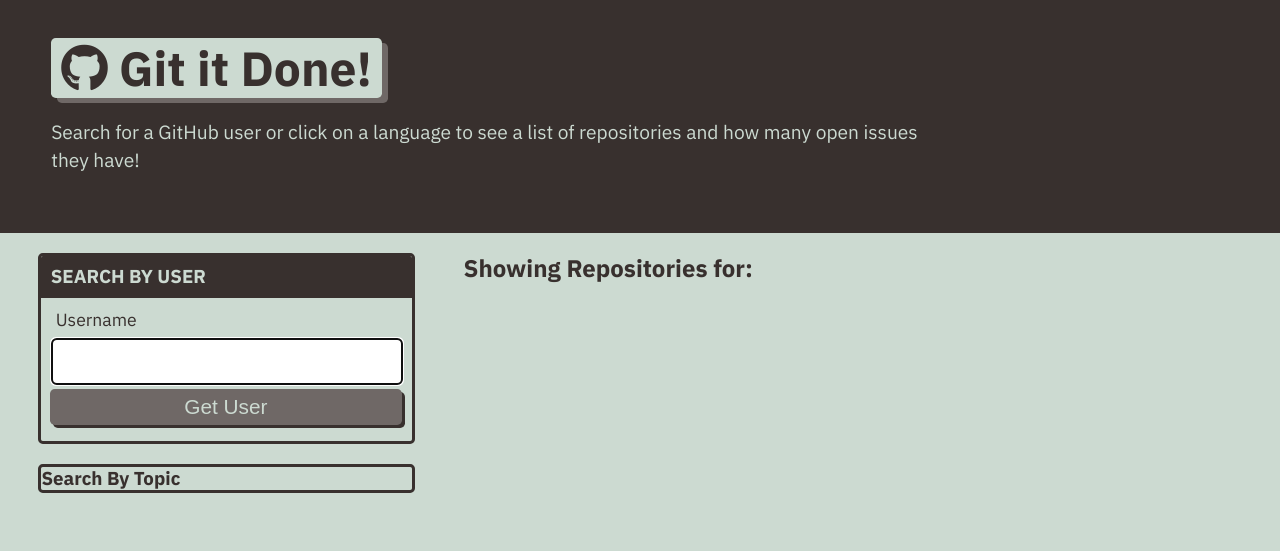
Repository: Brookethorson/git-it-done
Page: index.html
The author's editor kept a copy of each file at every save. The page is drawn from the files as they stood at one save, then again after the next save.
The browser window is 1280 px wide. The pictures show the whole page.
Some web libraries are served in a nearby version.

Above is the page before, as saved 2021-09-04 17:39:22.

### index.html
<!DOCTYPE html>
<html lang="en">

<head>
  <meta charset="UTF-8">
  <meta name="viewport" content="width=device-width, initial-scale=1.0">
  <meta http-equiv="X-UA-Compatible" content="ie=edge">
  <link href="https://fonts.googleapis.com/css?family=IBM+Plex+Sans:400,400i,700&display=swap" rel="stylesheet">
  <link rel="stylesheet" href="https://cdnjs.cloudflare.com/ajax/libs/font-awesome/5.11.2/css/all.min.css">
  <link rel="stylesheet" href="./assets/css/style.css" />
  <title>Git it Done</title>
</head>

<body class="flex-column min-100-vh">
  <header class="hero">
    <h1 class="app-title"><i class="fab fa-github"></i> Git it Done!</h1>
    <p>Search for a GitHub user or click on a language to see a list of repositories and how many open issues they have!
    </p>
  </header>


  <main class="flex-row justify-space-between">
    <div class="col-12 col-md-4">

      <div class="card">
        <h3 class="card-header text-uppercase">Search By User</h3>
        <form id="user-form" class="card-body">
          <label class="form-label" for="username">Username</label>
          <input name="username" id="username" type="text" autofocus="true" class="form-input" />
          <button type="submit" class="btn">Get User</button>
        </form>
      </div>

      <div class="card">
        <h3 class="">Search By Topic</h3>
      </div>
    </div>



    <div class="col-12 col-md-8">
      <h2 class="subtitle">Showing Repositories for: <span id="repo-search-term"></span></h2>
      <div id="repos-container" class="list-group">


      </div>
    </div>
  </main>

  <script src="./assets/js/homepage.js"></script>
</body>

</html>

### assets/css/style.css
:root {
  --primary: #ccdad1;
  --secondary: #9caea9;
  --tertiary: #788585;
  --light-dark: #6f6866;
  --dark: #38302e;
  --border-radius: .3rem;
}

* {
  box-sizing: border-box;
}

body {
  background-color: var(--primary);
  margin: 0;
  padding: 0;
  font-family: "IBM Plex Sans", sans-serif;
  color: var(--dark);
  line-height: 1.5;
  font-size: 16px;
}

h1,
h2,
h3,
h4,
h5,
h6 {
  font-weight: 700;
  margin: 0;
  color: var(--dark);
  line-height: 1.25;
}

main {
  margin: 20px auto;
  width: 94%;
}

p {
  font-size: 1.2rem;
}

 .btn {
  font-size: 1.3rem;
  text-decoration:none;
  padding: 6px 5px;
  width: 100%;
  display: block;
  margin: 5px 0;
  border-radius: var(--border-radius);
  color: var(--primary);
  border: none;
  outline: none;
  background-color: var(--light-dark);
  box-shadow: 3px 3px var(--dark);
  transform: translate(-1px, -1px);
}

 .btn:hover {
  color: var(--primary);
  background-color: var(--tertiary);
  transform: translate(0, 0);
  box-shadow: 2px 2px var(--dark);
}

.btn-inline {
  display: inline;
}

.btn-back {
  border-radius: var(--border-radius);
  color: var(--primary);
  border: none;
  outline: none;
  background-color: var(--light-dark);
  box-shadow: 3px 3px var(--secondary);
  transform: translate(-1px, -1px);
  display: inline-block;
  width: auto;
  margin-top: 20px;
  padding: 15px;
  text-decoration: none;
  font-size: 1.2rem;
}

 .btn-back:hover {
  color: var(--primary);
  background-color: var(--tertiary);
  transform: translate(0, 0);
  box-shadow: 2px 2px var(--dark);
}

.hero {
  padding: 3% 4%;
  background-color: var(--dark);
  color: var(--primary);
}

.hero p {
  max-width: 75%;
}

.app-title {
  font-size: 3rem;
  background-color: var(--primary);
  color: var(--dark);
  padding: 0 10px;
  display: inline-block;
  border-radius: var(--border-radius);
  box-shadow: 6px 5px var(--light-dark);
}

.list-group {
  padding: 0;
  list-style: none;
}

.list-item {
  margin-bottom: 10px;
  padding: 1.5%;
  border-radius: var(--border-radius);
  background-color: var(--light-dark);
  color: var(--primary);
  text-decoration: none;
}

.list-item:hover {
  background-color: var(--dark);
}

.status-icon {
  padding: 2px 5px;
  margin: 0 5px;
  background-color: rgba(255,255,255, 1);
  border-radius: var(--border-radius);
}

.icon-danger {
  color: rgb(255, 70, 70);
}

.icon-success {
  color: rgb(29, 153, 255);
}

/* CARDS */
.card {
  margin: 0 0 20px 0;
  border: 3px solid var(--dark);
  border-radius: var(--border-radius);
}

.card-header {
  color: var(--primary);
  background-color: var(--dark);
  padding: 2.5%;
  border-radius: calc(.18rem - 1px) calc(.18rem - 1px) 0 0;
}

.card-body {
  padding: 2.5%;
}

/* FORM */
.form-label,
.form-input,
.form-textarea {
  display: block;
}

.form-label {
  font-size: 1.1rem;
  margin: 0 0 0 5px;
}

.form-input {
  width: 100%;
  padding: 3%;
  margin: 5px 0;
  font-size: 1.2rem;
  border: 2px solid var(--light-dark);
  border-radius: var(--border-radius);
}

/* HEIGHT / WIDTH UTILS */
.min-100-vh {
  min-height: 100vh;
}

.min-100-vw {
  min-width: 100vw;
}

/* FONT UTILS */
.text-uppercase {
  text-transform: uppercase;
}


/* FLEX CONTENT */
.flex-row {
  display: flex;
  flex-wrap: wrap;
}

.flex-column {
  display: flex;
  flex-direction: column;
  flex-wrap: wrap;
}

.justify-space-between {
  justify-content: space-between;
}

.justify-space-around {
  justify-content: space-around;
}

.justify-flex-start {
  justify-content: flex-start
}

.justify-flex-end {
  justify-content: flex-end;
}

.justify-center {
  justify-content: center;
}

.align-stretch {
  align-items: stretch;
}

.align-end {
  align-items: flex-end;
}

.align-center {
  align-items: center;
}

.col-auto {
  flex-grow: 1;
}

.col-1 {
  flex: 0 0 calc(100% * 1 / 12 - 2%);
}

.col-2 {
  flex: 0 0 calc(100% * 2 / 12 - 2%);
}

.col-3 {
  flex: 0 0 calc(100% * 3 / 12 - 2%);
}

.col-4 {
  flex: 0 0 calc(100% * 4 / 12 - 2%);
}

.col-5 {
  flex: 0 0 calc(100% * 5 / 12 - 2%);
}

.col-6 {
  flex: 0 0 calc(100% * 6 / 12 - 2%);
}

.col-7 {
  flex: 0 0 calc(100% * 7 / 12 - 2%);
}

.col-8 {
  flex: 0 0 calc(100% * 8 / 12 - 2%);
}

.col-9 {
  flex: 0 0 calc(100% * 9 / 12 - 2%);
}

.col-10 {
  flex: 0 0 calc(100% * 10 / 12 - 2%);
}

.col-11 {
  flex: 0 0 calc(100% * 11 / 12 - 2%);
}

.col-12 {
  flex: 0 0 100%;
}

/* col-sm */
@media screen and (min-width: 640px) {
  .col-sm-1 {
    flex: 0 0 calc(100% * 1 / 12 - 2%);
  }

  .col-sm-2 {
    flex: 0 0 calc(100% * 2 / 12 - 2%);
  }

  .col-sm-3 {
    flex: 0 0 calc(100% * 3 / 12 - 2%);
  }

  .col-sm-4 {
    flex: 0 0 calc(100% * 4 / 12 - 2%);
  }

  .col-sm-5 {
    flex: 0 0 calc(100% * 5 / 12 - 2%);
  }

  .col-sm-6 {
    flex: 0 0 calc(100% * 6 / 12 - 2%);
  }

  .col-sm-7 {
    flex: 0 0 calc(100% * 7 / 12 - 2%);
  }

  .col-sm-8 {
    flex: 0 0 calc(100% * 8 / 12 - 2%);
  }

  .col-sm-9 {
    flex: 0 0 calc(100% * 9 / 12 - 2%);
  }

  .col-sm-10 {
    flex: 0 0 calc(100% * 10 / 12 - 2%);
  }

  .col-sm-11 {
    flex: 0 0 calc(100% * 11 / 12 - 2%);
  }

  .col-sm-12 {
    flex: 0 0 100%;
  }
}


/* col-md */
@media screen and (min-width: 768px) {
  .col-md-1 {
    flex: 0 0 calc(100% * 1 / 12 - 2%);
  }

  .col-md-2 {
    flex: 0 0 calc(100% * 2 / 12 - 2%);
  }

  .col-md-3 {
    flex: 0 0 calc(100% * 3 / 12 - 2%);
  }

  .col-md-4 {
    flex: 0 0 calc(100% * 4 / 12 - 2%);
  }

  .col-md-5 {
    flex: 0 0 calc(100% * 5 / 12 - 2%);
  }

  .col-md-6 {
    flex: 0 0 calc(100% * 6 / 12 - 2%);
  }

  .col-md-7 {
    flex: 0 0 calc(100% * 7 / 12 - 2%);
  }

  .col-md-8 {
    flex: 0 0 calc(100% * 8 / 12 - 2%);
  }

  .col-md-9 {
    flex: 0 0 calc(100% * 9 / 12 - 2%);
  }

  .col-md-10 {
    flex: 0 0 calc(100% * 10 / 12 - 2%);
  }

  .col-md-11 {
    flex: 0 0 calc(100% * 11 / 12 - 2%);
  }

  .col-md-12 {
    flex: 0 0 100%;
  }
}

/* col-lg */
@media screen and (min-width: 992px) {
  .col-lg-1 {
    flex: 0 0 calc(100% * 1 / 12 - 2%);
  }

  .col-lg-2 {
    flex: 0 0 calc(100% * 2 / 12 - 2%);
  }

  .col-lg-3 {
    flex: 0 0 calc(100% * 3 / 12 - 2%);
  }

  .col-lg-4 {
    flex: 0 0 calc(100% * 4 / 12 - 2%);
  }

  .col-lg-5 {
    flex: 0 0 calc(100% * 5 / 12 - 2%);
  }

  .col-lg-6 {
    flex: 0 0 calc(100% * 6 / 12 - 2%);
  }

  .col-lg-7 {
    flex: 0 0 calc(100% * 7 / 12 - 2%);
  }

  .col-lg-8 {
    flex: 0 0 calc(100% * 8 / 12 - 2%);
  }

  .col-lg-9 {
    flex: 0 0 calc(100% * 9 / 12 - 2%);
  }

  .col-lg-10 {
    flex: 0 0 calc(100% * 10 / 12 - 2%);
  }

  .col-lg-11 {
    flex: 0 0 calc(100% * 11 / 12 - 2%);
  }

  .col-lg-12 {
    flex: 0 0 100%;
  }
}

/* col-xl */
@media screen and (min-width: 1200px) {
  .col-xl-1 {
    flex: 0 0 calc(100% * 1 / 12 - 2%);
  }

  .col-xl-2 {
    flex: 0 0 calc(100% * 2 / 12 - 2%);
  }

  .col-xl-3 {
    flex: 0 0 calc(100% * 3 / 12 - 2%);
  }

  .col-xl-4 {
    flex: 0 0 calc(100% * 4 / 12 - 2%);
  }

  .col-xl-5 {
    flex: 0 0 calc(100% * 5 / 12 - 2%);
  }

  .col-xl-6 {
    flex: 0 0 calc(100% * 6 / 12 - 2%);
  }

  .col-xl-7 {
    flex: 0 0 calc(100% * 7 / 12 - 2%);
  }

  .col-xl-8 {
    flex: 0 0 calc(100% * 8 / 12 - 2%);
  }

  .col-xl-9 {
    flex: 0 0 calc(100% * 9 / 12 - 2%);
  }

  .col-xl-10 {
    flex: 0 0 calc(100% * 10 / 12 - 2%);
  }

  .col-xl-11 {
    flex: 0 0 calc(100% * 11 / 12 - 2%);
  }

  .col-xl-12 {
    flex: 0 0 100%;
  }
}

### assets/js/homepage.js
var userFormEl = document.querySelector("#user-form");
var nameInputEl = document.querySelector("#username");
var repoContainerEl = document.querySelector("#repos-container");
var repoSearchTerm = document.querySelector("#repo-search-term");
var getFeaturedRepos = function(language) {
  var apiUrl = "https://api.github.com/search/repositories?q=" + language + "+is:featured&sort=help-wanted-issues";

  fetch(apiUrl).then(function(response){
    if(response.okay) {
      response.json().then(function(data) {
        displayRepos(data.items, language);
      });
    } else {
      alert('Error: Github user not found');
    }
    });
};

var formSubmitHandler = function(event) {
  // prevent page from refreshing
  event.preventDefault();

  // get value from input element
  var username = nameInputEl.value.trim();

  if (username) {
    getUserRepos(username);

    // clear old content
    repoContainerEl.textContent = "";
    nameInputEl.value = "";
  } else {
    alert("Please enter a GitHub username");
  }
};

var getUserRepos = function(user) {
  // format the github api url
  var apiUrl = "https://api.github.com/users/" + user + "/repos";

  // make a get request to url
  fetch(apiUrl)
    .then(function(response) {
      // request was successful
      if (response.ok) {
        console.log(response);
        response.json().then(function(data) {
          console.log(data);
          displayRepos(data, user);
        });
      } else {
        alert("Error: " + response.statusText);
      }
    })
    .catch(function(error) {
      alert("Unable to connect to GitHub");
    });
};

var displayRepos = function(repos, searchTerm) {
  // check if api returned any repos
  if (repos.length === 0) {
    repoContainerEl.textContent = "No repositories found.";
    return;
  }

  repoSearchTerm.textContent = searchTerm;

  // loop over repos
  for (var i = 0; i < repos.length; i++) {
    // format repo name
    var repoName = repos[i].owner.login + "/" + repos[i].name;

    // create a link for each repo
    var repoEl = document.createElement("a");
    repoEl.classList = "list-item flex-row justify-space-between align-center";
    repoEl.setAttribute("href", "./single-repo.html?repo=" + repoName);

    // create a span element to hold repository name
    var titleEl = document.createElement("span");
    titleEl.textContent = repoName;

    // append to container
    repoEl.appendChild(titleEl);

    // create a status element
    var statusEl = document.createElement("span");
    statusEl.classList = "flex-row align-center";

    // check if current repo has issues or not
    if (repos[i].open_issues_count > 0) {
      statusEl.innerHTML =
        "<i class='fas fa-times status-icon icon-danger'></i>" + repos[i].open_issues_count + " issue(s)";
    } else {
      statusEl.innerHTML = "<i class='fas fa-check-square status-icon icon-success'></i>";
    }

    // append to container
    repoEl.appendChild(statusEl);

    // append container to the dom
    repoContainerEl.appendChild(repoEl);
  }
};

// add event listeners to forms
userFormEl.addEventListener("submit", formSubmitHandler);

After the next save:
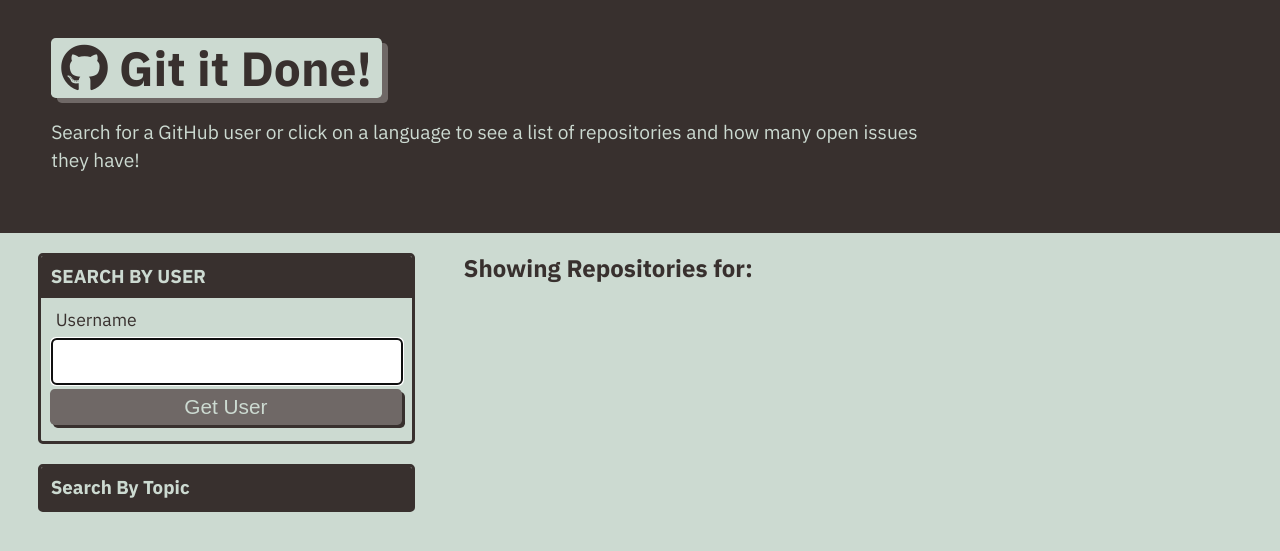
Saved 4 s later.
--- a/index.html
+++ b/index.html
@@ -32,7 +32,7 @@
       </div>
 
       <div class="card">
-        <h3 class="">Search By Topic</h3>
+        <h3 class="card-header">Search By Topic</h3>
       </div>
     </div>
 
